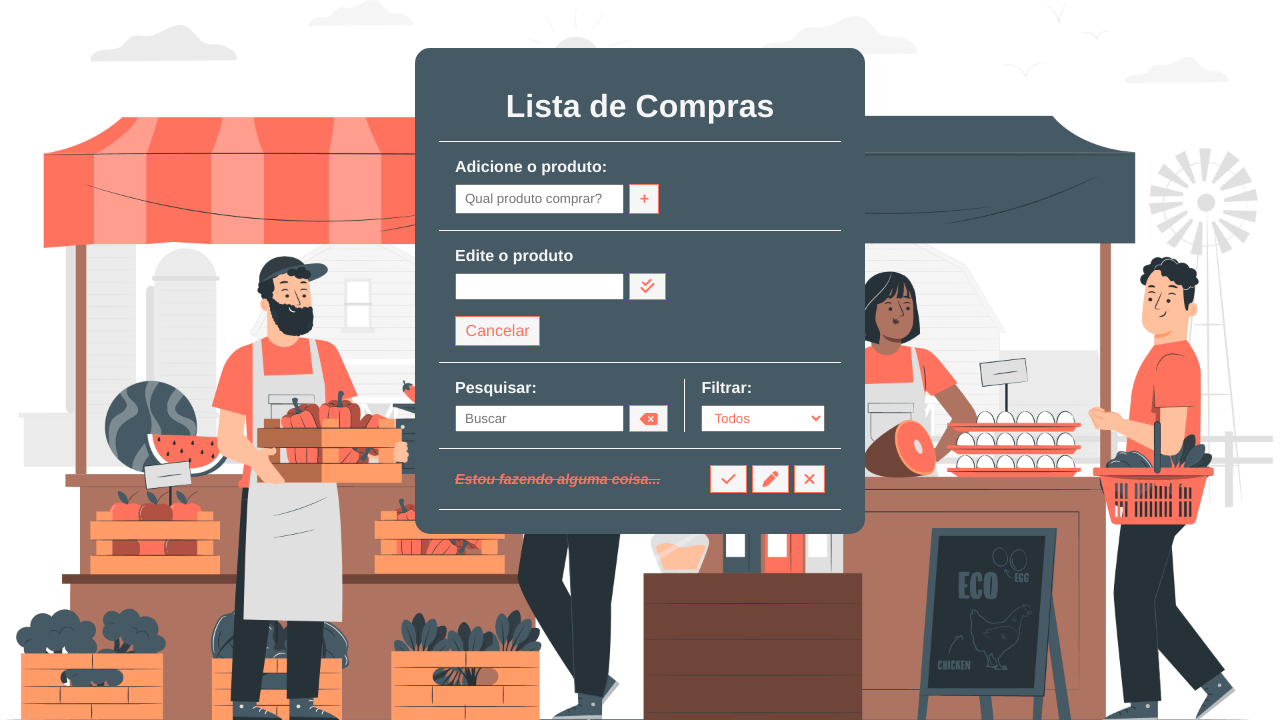
Repository: Dkrvalho/mercado
Page: index.html
The author's editor kept a copy of each file at every save. The page is drawn from the files as they stood at one save, then again after the next save.
The browser window is 1280 px wide. The pictures show the whole page.

Above is the page before, as saved 2023-01-09 19:39:24.

### index.html
<!DOCTYPE html>
<html lang="en">
<head>
    <meta charset="UTF-8">
    <meta http-equiv="X-UA-Compatible" content="IE=edge">
    <meta name="viewport" content="width=device-width, initial-scale=1.0">
    <!-- CSS -->
    <link rel="stylesheet" href="css/style.css">
    <!-- Font Awesome -->
    <link rel="stylesheet" href="https://cdnjs.cloudflare.com/ajax/libs/font-awesome/6.2.1/css/all.min.css" integrity="sha512-MV7K8+y+gLIBoVD59lQIYicR65iaqukzvf/nwasF0nqhPay5w/9lJmVM2hMDcnK1OnMGCdVK+iQrJ7lzPJQd1w==" crossorigin="anonymous" referrerpolicy="no-referrer" />
    <!-- JS -->
    <script src="js/script.js" defer></script>
    <!-- defer faz com que o js seja carregado após o html -->
    <title>Lista de Compras</title>
</head>
<body>
    <main class="container">
        <header>
            <h1>Lista de Compras</h1>
        </header>
        <form id="todo-form">
            <p>Adicione o produto:</p>
            <div class="form-control">
                <input type="text" id="todo-input" placeholder="Qual produto comprar?">
                <button type="submit" aria-label="adicionar">
                    <i class="fa-thin fa-plus"></i>
                </button>
            </div>
        </form>
        <form id="edit-form" class="">
            <p>Edite o produto</p>
            <div class="form-control">
                <input type="text" id="edit-input" aria-label="adicionar produto">
                <button type="submit" aria-label="confirmar edição">
                    <i class="fa-solid fa-check-double"></i>
                </button>
            </div>
            <button id="cancel-edit-btn" type="submit">Cancelar</button>
        </form>
        <div id="toolbar">
            <div id="search">
                <h4>Pesquisar:</h4>
                <form>
                    <input type="text" id="search-input" placeholder="Buscar">
                    <button id="erase-btn" aria-label="deletar" type="button">
                        <i class="fa-solid fa-delete-left"></i>
                    </button>
                </form>
            </div>
            <div id="filter">
                <h4>Filtrar:</h4>
                <select id="filter-select" aria-label="selecionar">
                    <option value="all">Todos</option>
                    <option value="done">Comprados</option>
                    <option value="todo">A comprar</option>
                </select>
            </div>
        </div>
        <div id="todo-list">
            <div class="todo done">
                <h3>Estou fazendo alguma coisa...</h3>
                <button class="finish-todo" type="button" aria-label="finalizar">
                    <i class="fa-solid fa-check"></i>
                </button>
                <button class="edit-todo" type="button" aria-label="editar">
                    <i class="fa-solid fa-pen"></i>
                </button>
                <button class="remove-todo" type="button" aria-label="excluir">
                    <i class="fa-solid fa-xmark"></i>
                </button>
            </div>
        </div>
    </main>
</body>
</html>

### css/style.css
/* Geral */
* {
    padding: 0;
    margin: 0;
    font-family: Helvetica, sans-serif, Arial;
    color: #f6f6f6;
    box-sizing: border-box;
}

html {
    background: url(../img/fundo.png) no-repeat center center fixed;
    -webkit-background-size: cover;
    -moz-background-size: cover;
    -o-background-size: cover;
    background-size: cover;
  }

button {
    background-color: #f6f6f6;
    color: #ff725e;
    border: 1px solid #ff725e;
    padding: .3rem .6rem;
    font-size: 1rem;
    cursor: pointer;
    display: flex;
    justify-content: center;
    align-items: center;
    transition: .4s;
}

button:hover {
    background-color: #ff725e;
    color: #f6f6f6;
}

button:hover > i {
    color: #f6f6f6;
}

button i {
    color: #ff725e;
    font-weight: bold;
    pointer-events: none;
}

input, select {
    padding: .25rem .5rem;
}

input, select, textarea{
    color: #455a64;
}

textarea:focus, input:focus {
    color: #455a64;
}

.hide {
    display: none;
}

/* To Do Header */
.container {
    max-width: 450px;
    margin: 3rem auto;
    background-color: #455a64;
    padding: 1.5rem;
    border-radius: 15px;
}

.container header {
    text-align: center;
    padding: 1rem 1rem;
    border-bottom: 1.5px solid #f6f6f6;
}

/* Form */
#todo-form, #edit-form {
    padding: 1rem;
    border-bottom: 1.5px solid #f6f6f6;
}

#todo-form p, #edit-form p {
    margin-bottom: .5rem;
    font-weight: bold;
}

.form-control {
    display: flex;
}

.form-control input {
    margin-right: .3rem;
}

#cancel-edit-btn {
    margin-top: 1rem;
}

/* To Do toolbar */
#toolbar {
    padding: 1rem;
    border-bottom: 1.5px solid #f6f6f6;
    display: flex;
}

#toolbar h4 {
    margin-bottom: .5rem;
}

#search {
    border-right: 1.5px solid #f6f6f6;
    padding-right: 1rem;
    margin-right: 1rem;
    width: 65%;
    display: flex;
    flex-direction: column;
}

#search form {
    display: flex;
}

#search input {
    width: 100%;
    margin-right: .3rem;
}

#filter {
    width: 35%;
    display: flex;
    flex-direction: column;
}

#filter select {
    flex: 1;
    color: #ff725e;
}

#filter select option {
    color: #ff725e;
}

/* To Do List */

.todo {
    display: flex;
    justify-content: space-around;
    align-items: center;
    padding: 1rem;
    border-bottom: 1px solid #f6f6f6;
    transition: .4s;
}

.todo h3 {
    flex: 1;
    font-size: .9rem;
}

.todo button {
    margin-left: .3rem;
}

.done h3 {
    color: #ff725e;
    text-decoration: line-through;
    font-style: italic;
}

Loaded but not shown: js/script.js (no copy from this time; the picture is the same without it)

After the next save:
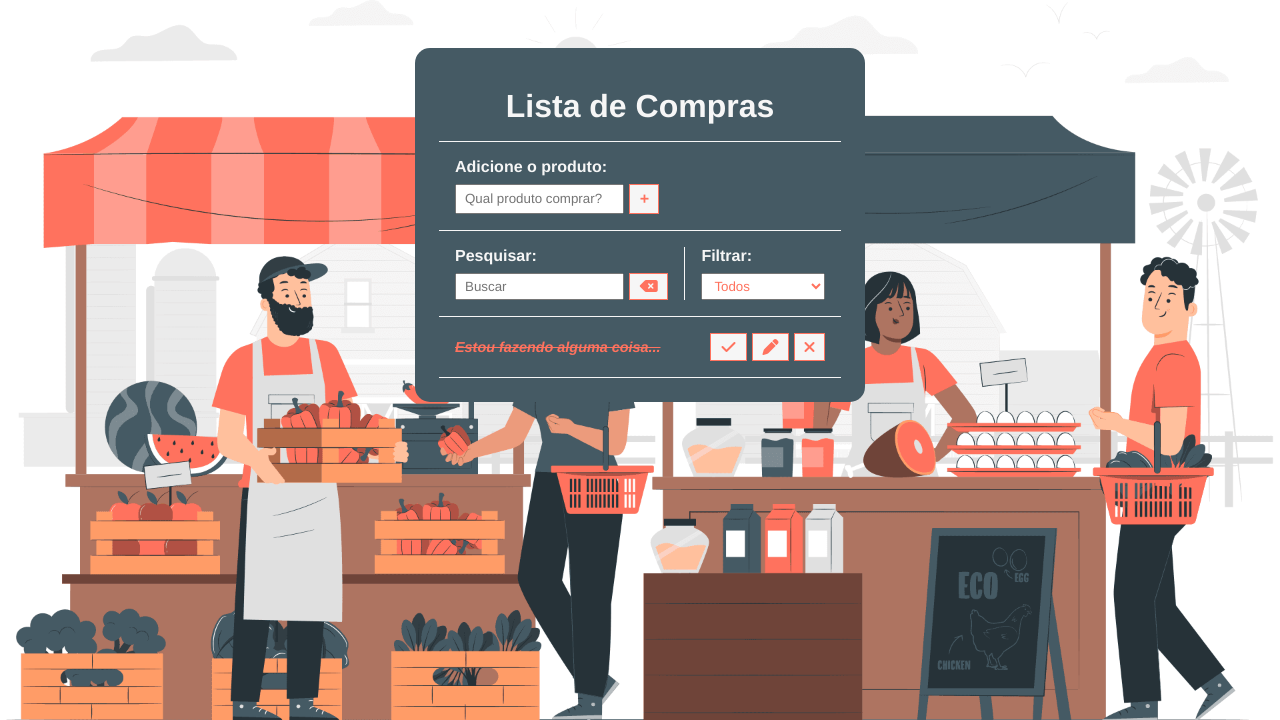
Saved 23 s later.
--- a/index.html
+++ b/index.html
@@ -27,7 +27,7 @@
                 </button>
             </div>
         </form>
-        <form id="edit-form" class="">
+        <form id="edit-form" class="hide">
             <p>Edite o produto</p>
             <div class="form-control">
                 <input type="text" id="edit-input" aria-label="adicionar produto">
